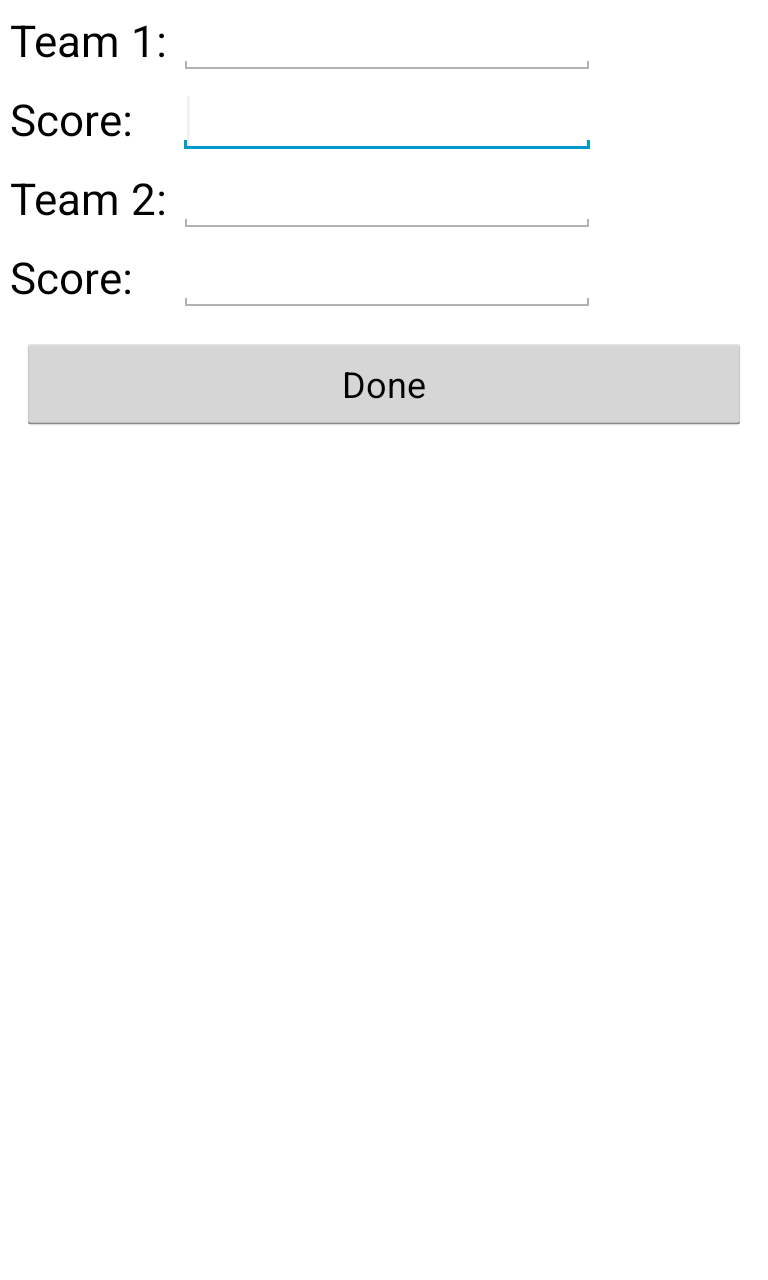
Repository: shervinshaikh/Android
Layout: NBAScoreTracker/res/layout/fragment_scores.xml
These files come from the project's save history. The layout is drawn as it stood at one moment and after the next save; the edit follows.
It is drawn on a 768 x 1280 px phone screen (xhdpi) without system bars, with theme AppTheme; the app's code is not run.

Above is the layout before, as saved 2013-04-27 22:30:25.

### NBAScoreTracker/res/layout/fragment_scores.xml
<TableLayout xmlns:android="http://schemas.android.com/apk/res/android"
    android:layout_width="fill_parent"
    android:layout_height="fill_parent" >

    <TableRow
        android:id="@+id/tableRow1"
        android:layout_width="wrap_content"
        android:layout_height="wrap_content" >

        <TextView
            android:id="@+id/textView1"
            android:layout_width="wrap_content"
            android:layout_height="wrap_content"
            android:text="@string/team1f"
            android:textAppearance="?android:attr/textAppearanceLarge"
            android:padding="5dip"
             />

        <EditText
            android:id="@+id/editText1"
            android:layout_width="wrap_content"
            android:layout_height="wrap_content"
            android:ems="10"
            android:padding="5dip" />

    </TableRow>

    <TableRow
        android:id="@+id/tableRow2"
        android:layout_width="wrap_content"
        android:layout_height="wrap_content" >

        <TextView
            android:id="@+id/textView2"
            android:layout_width="wrap_content"
            android:layout_height="wrap_content"
            android:text="@string/score"
            android:textAppearance="?android:attr/textAppearanceLarge"
            android:padding="5dip" />

        <EditText
            android:id="@+id/editText2"
            android:layout_width="wrap_content"
            android:layout_height="wrap_content"
            android:ems="10"
            android:padding="5dip" >

            <requestFocus />
        </EditText>

    </TableRow>

    <TableRow
        android:id="@+id/tableRow3"
        android:layout_width="wrap_content"
        android:layout_height="wrap_content" >

        <TextView
            android:id="@+id/textView3"
            android:layout_width="wrap_content"
            android:layout_height="wrap_content"
            android:text="@string/team2f"
            android:textAppearance="?android:attr/textAppearanceLarge"
            android:padding="5dip" />

        <EditText
            android:id="@+id/editText3"
            android:layout_width="wrap_content"
            android:layout_height="wrap_content"
            android:ems="10"
            android:padding="5dip" />

    </TableRow>

    <TableRow
        android:id="@+id/tableRow4"
        android:layout_width="wrap_content"
        android:layout_height="wrap_content" >

        <TextView
            android:id="@+id/textView4"
            android:layout_width="wrap_content"
            android:layout_height="wrap_content"
            android:text="@string/score"
            android:textAppearance="?android:attr/textAppearanceLarge"
            android:padding="5dip" />

        <EditText
            android:id="@+id/editText4"
            android:layout_width="wrap_content"
            android:layout_height="wrap_content"
            android:ems="10"
            android:padding="5dip" />

    </TableRow>

    <Button
        android:id="@+id/button1"
        android:layout_width="wrap_content"
        android:layout_height="wrap_content"
        android:text="@string/done"
        android:layout_margin="10dip" />

</TableLayout>

### NBAScoreTracker/res/values/strings.xml
<?xml version="1.0" encoding="utf-8"?>
<resources>

    <string name="app_name">NBAScoreTracker</string>
    <string name="action_settings">Settings</string>
    <string name="hello_world">Hello world!</string>

    <string name="enter_date">Enter Date</string>
    <string name="enter_game">Enter Game</string>
    <string name="next_game">Next Game</string>

    <string name="date">Date</string>
    <string name="team1">Team 1</string>
    <string name="team2">Team 2</string>
    <string name="zero">0</string>

    <string name="team1f">Team 1:</string>
    <string name="team2f">Team 2:</string>
    <string name="score">Score:</string>
    <string name="done">Done</string>

</resources>

Loaded but not shown: NBAScoreTracker/res/values/styles.xml (common file); NBAScoreTracker/res/values-v11/styles.xml (common file); NBAScoreTracker/res/values-v14/styles.xml (common file)

After the next save:
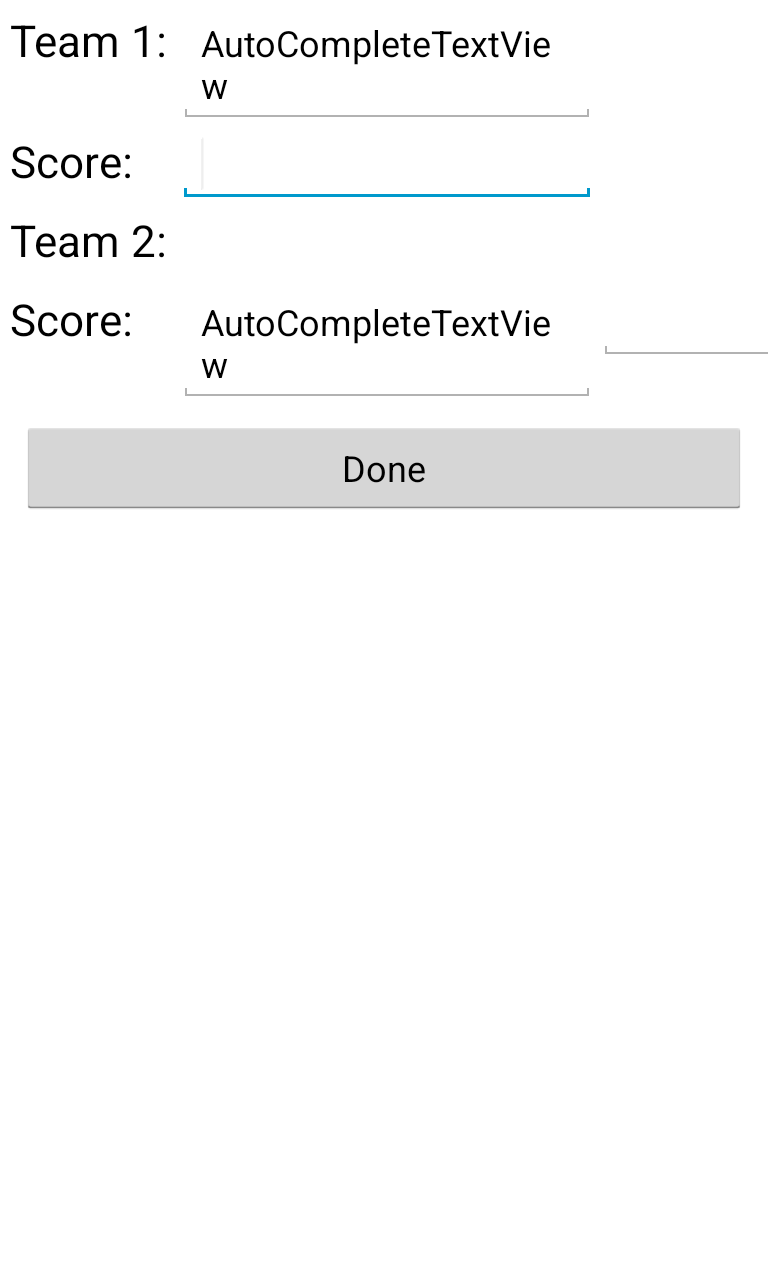
Saved 4 min 11 s later.
--- a/NBAScoreTracker/res/layout/fragment_scores.xml
+++ b/NBAScoreTracker/res/layout/fragment_scores.xml
@@ -16,12 +16,12 @@
             android:padding="5dip"
              />
 
-        <EditText
-            android:id="@+id/editText1"
+        <AutoCompleteTextView
+            android:id="@+id/autoCompleteTextView1"
             android:layout_width="wrap_content"
             android:layout_height="wrap_content"
             android:ems="10"
-            android:padding="5dip" />
+            android:text="AutoCompleteTextView" />
 
     </TableRow>
 
@@ -43,7 +43,7 @@
             android:layout_width="wrap_content"
             android:layout_height="wrap_content"
             android:ems="10"
-            android:padding="5dip" >
+            android:inputType="number" >
 
             <requestFocus />
         </EditText>
@@ -63,13 +63,6 @@
             android:textAppearance="?android:attr/textAppearanceLarge"
             android:padding="5dip" />
 
-        <EditText
-            android:id="@+id/editText3"
-            android:layout_width="wrap_content"
-            android:layout_height="wrap_content"
-            android:ems="10"
-            android:padding="5dip" />
-
     </TableRow>
 
     <TableRow
@@ -85,12 +78,19 @@
             android:textAppearance="?android:attr/textAppearanceLarge"
             android:padding="5dip" />
 
+        <AutoCompleteTextView
+            android:id="@+id/autoCompleteTextView2"
+            android:layout_width="wrap_content"
+            android:layout_height="wrap_content"
+            android:ems="10"
+            android:text="AutoCompleteTextView" />
+
         <EditText
             android:id="@+id/editText4"
             android:layout_width="wrap_content"
             android:layout_height="wrap_content"
             android:ems="10"
-            android:padding="5dip" />
+            android:inputType="number" />
 
     </TableRow>
 
